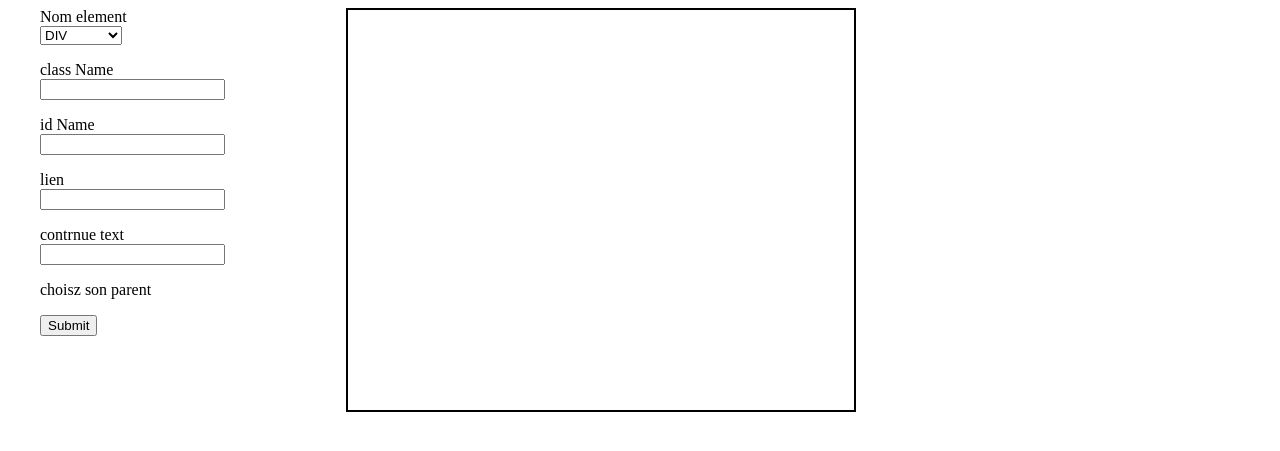
Repository: clairedupuich/excercice
Page: javaScript/CeerDivAvecFormulair/div.html
The author's editor kept a copy of each file at every save. The page is drawn from the files as they stood at one save, then again after the next save.
The browser window is 1280 px wide. The pictures show the whole page.

Above is the page before, as saved 2020-10-15 09:12:51.

After the next save:
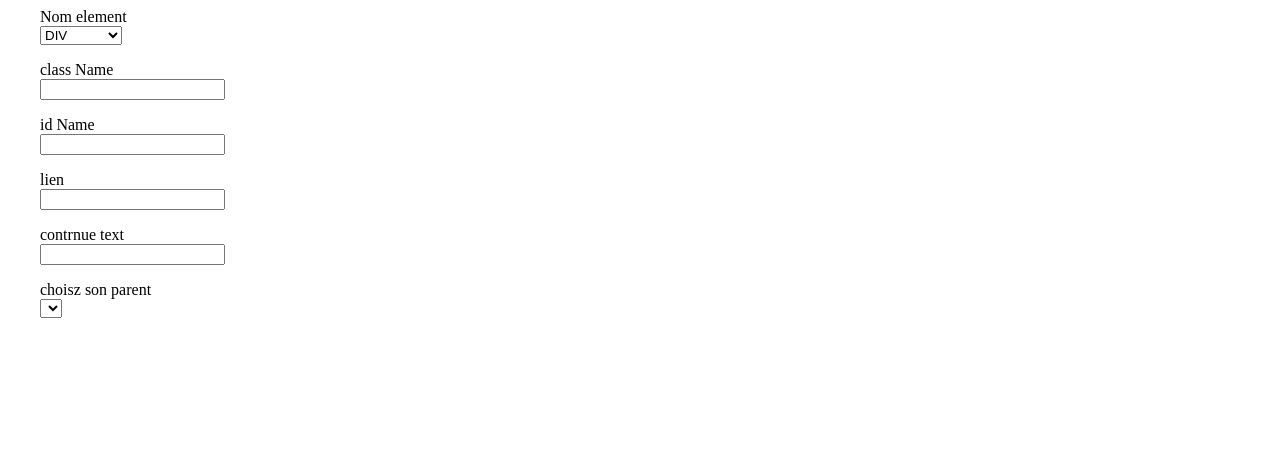
Console error: TypeError: Cannot read properties of undefined (reading 'addEventListener')
Saved 4 s later.
--- a/javaScript/CeerDivAvecFormulair/div.html
+++ b/javaScript/CeerDivAvecFormulair/div.html
@@ -40,7 +40,7 @@
 </div>
 <div class = "contentForm">
     <label for = "parentName">choisz son parent</label><br>
-    <se id ="parentName" name="parentName" type="text">
+    <select id ="parentName" name="parentName" type="text">
 </div>
 <button type="submit" class="btn">Submit</button>
    <!--  <input type="submit" value="ajouter"> -->
